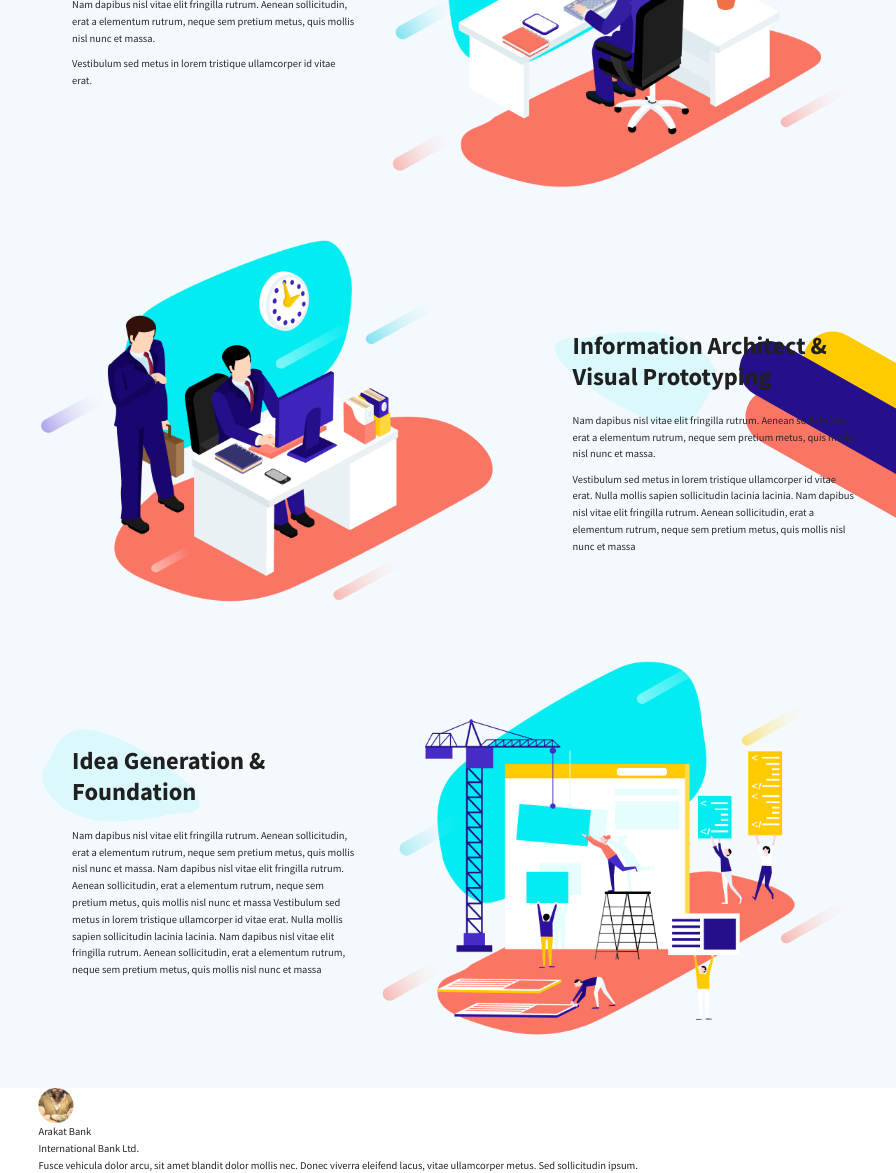
Repository: advert31337/marafon_from0to1_MartaUP
Page: index.html
An editor plug-in stored every save of this project. The page is shown before and after the next save, followed by the edit.
The browser window is 1280 px wide. The pictures show the part of the page from y = 1686 to 3606 px (the page is 3362 px tall before and 3606 px after), at 70% of full size.

Above is the page before, as saved 2020-03-08 11:01:41.

After the next save:
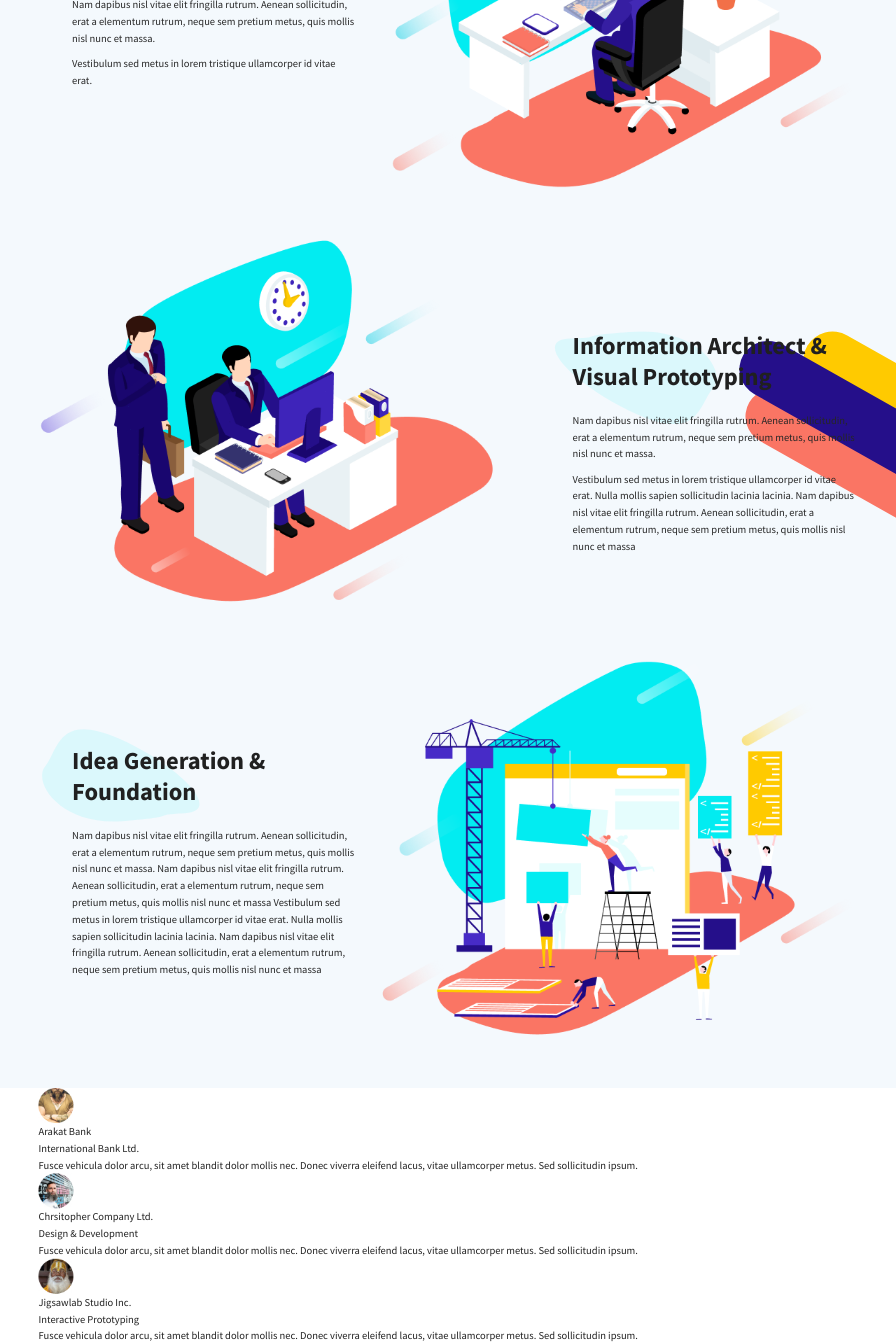
Saved 4 min 2 s later.
--- a/index.html
+++ b/index.html
@@ -279,6 +279,40 @@
                     </div>
                 </div>
 
+                <div class="reviews__item">
+                    <div class="reviews__item-head">
+                        <img src="images/rev-2.jpg" alt="">
+                        <div class="reviews__item-info">
+                            <div class="reviews__item-name">
+                                Chrsitopher Company Ltd.
+                            </div>
+                            <div class="reviews__item-position">
+                                Design & Development
+                            </div>
+                        </div>
+                    </div>
+                    <div class="reviews__item-text">
+                        Fusce vehicula dolor arcu, sit amet blandit dolor mollis nec. Donec viverra eleifend lacus, vitae ullamcorper metus. Sed sollicitudin ipsum.
+                    </div>
+                </div>
+
+                <div class="reviews__item">
+                    <div class="reviews__item-head">
+                        <img src="images/rev-3.jpg" alt="">
+                        <div class="reviews__item-info">
+                            <div class="reviews__item-name">
+                                Jigsawlab Studio Inc.
+                            </div>
+                            <div class="reviews__item-position">
+                                Interactive Prototyping
+                            </div>
+                        </div>
+                    </div>
+                    <div class="reviews__item-text">
+                        Fusce vehicula dolor arcu, sit amet blandit dolor mollis nec. Donec viverra eleifend lacus, vitae ullamcorper metus. Sed sollicitudin ipsum.
+                    </div>
+                </div>
+
             </div>
         </div>
     </section>
